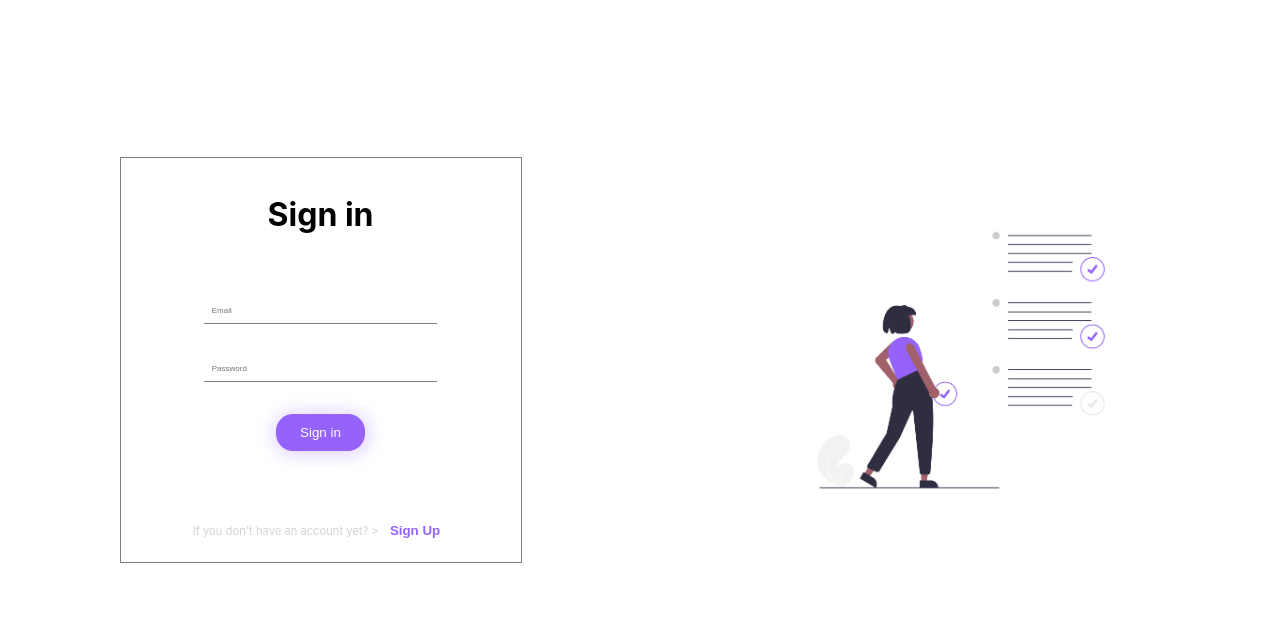
Repository: EEOOOO/wanted-pre-onboarding-fe
Page: / (app in to-do-list-app/)
An editor plug-in stored every save of this project. The page is shown before and after the next save, followed by the edit.
The browser window is 1280 px wide. The pictures show the whole page.
The project was rebuilt for these pictures with package versions that can differ from the ones it lists, and the page was loaded fresh each time. Also part of the build but not shown: to-do-list-app/src/components/sign_up/sign_up.module.css, to-do-list-app/src/components/sign_up/sign_up.jsx, to-do-list-app/src/components/todoList/todo_list.jsx.

Above is the page before, as saved 2022-08-22 00:43:33.

After the next save:
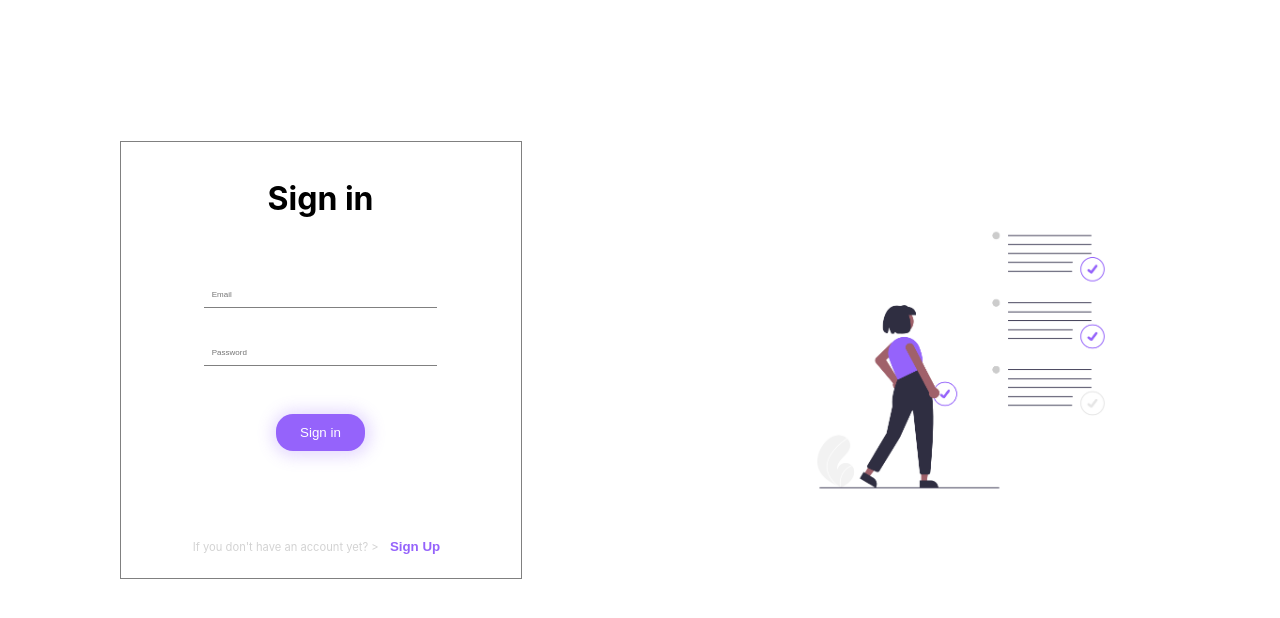
Saved 69 s later.
--- a/to-do-list-app/src/components/login_input_form/login_input_form.module.css
+++ b/to-do-list-app/src/components/login_input_form/login_input_form.module.css
@@ -21,7 +21,7 @@ input {
   border: none;
   padding: 0.7rem 1.5rem;
   border-radius: 17px;
-  margin: 1rem;
+  margin: 2rem 1rem;
   -webkit-box-shadow: 1px 1px 15px 5px rgba(149, 99, 251, 0.23);
   box-shadow: 1px 1px 15px 5px rgba(149, 99, 251, 0.23);
   cursor: pointer;
